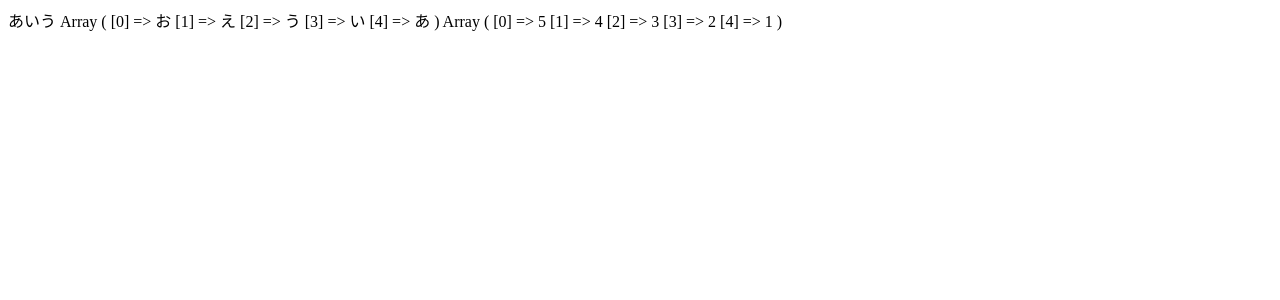
Repository: hiroaki-kitagawa/menta-php
Page: http://localhost/menta41-44.php
These files come from the project's save history. The page is drawn as it stood at one moment and after the next save; the edit follows.
The browser window is 1280 px wide. The pictures show the whole page.
The page is run by PHP 8.4 with error messages shown; the project is at /var/www/html/.

Above is the page before, as saved 2020-01-25 21:13:43.

### menta41-44.php
<?php

// 41
// $x = "abcaあいう"; と宣言する
// 「あいう」という文字のみを切り抜いて表示してください
$x = "abcaあいう";

echo substr($x,4) . PHP_EOL;

// 42
// 次の配列を宣言する
// $array1 = array('あ', 'い', 'う', 'え', 'お');
// 降順にソートして出力してください
// ex) おえういあ

$array1 = array('あ', 'い', 'う', 'え', 'お');

rsort($array1);
print_r($array1);


// 43
// 42の機能を関数にしてください

function arraySort($array) {
    rsort($array);
    print_r($array);
}

// テスト
$array2 = array(1,2,3,4,5);
arraySort($array2);


// 44
// 次のソースコードの関数内を埋めて、2と表示されるソースコードを作成しなさい
// 元の処理の改変は行わないこと
// <?php
//     $number = 1;
//     function add_number()
//     {
//         //
//         // ここに処理を追加
//         //
//     }
//     add_number();
//     echo $number;

After the next save:
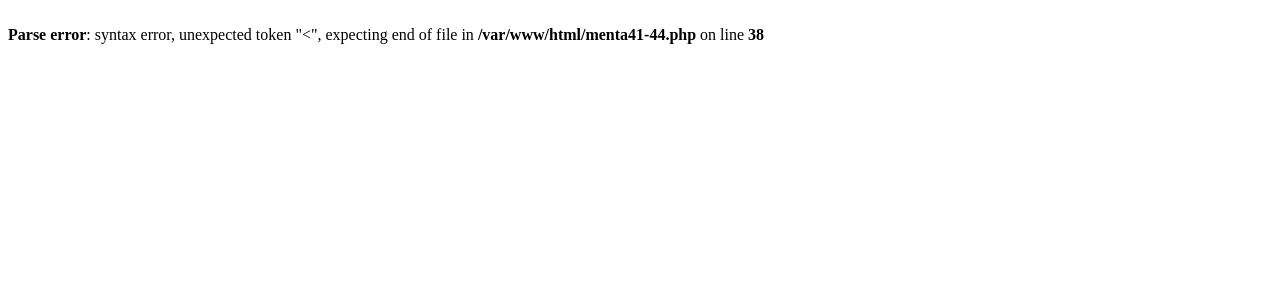
Saved 4 s later.
--- a/menta41-44.php
+++ b/menta41-44.php
@@ -35,13 +35,13 @@
 // 44
 // 次のソースコードの関数内を埋めて、2と表示されるソースコードを作成しなさい
 // 元の処理の改変は行わないこと
-// <?php
-//     $number = 1;
-//     function add_number()
-//     {
-//         //
-//         // ここに処理を追加
-//         //
-//     }
-//     add_number();
-//     echo $number;
+<?php
+    $number = 1;
+    function add_number()
+    {
+        //
+        // ここに処理を追加
+        //
+    }
+    add_number();
+    echo $number;

After the 3 saves that followed:
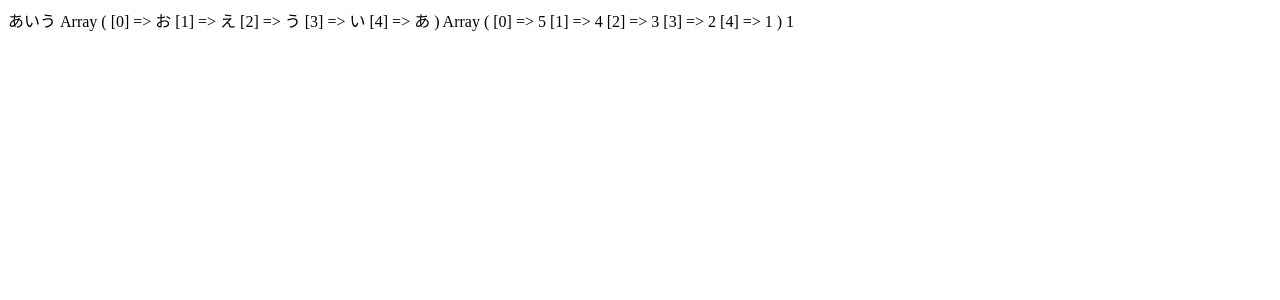
The 3 saves are shown as one change because they came seconds apart.
The last was saved 8 s later.
--- a/menta41-44.php
+++ b/menta41-44.php
@@ -35,7 +35,7 @@
 // 44
 // 次のソースコードの関数内を埋めて、2と表示されるソースコードを作成しなさい
 // 元の処理の改変は行わないこと
-<?php
+
     $number = 1;
     function add_number()
     {
